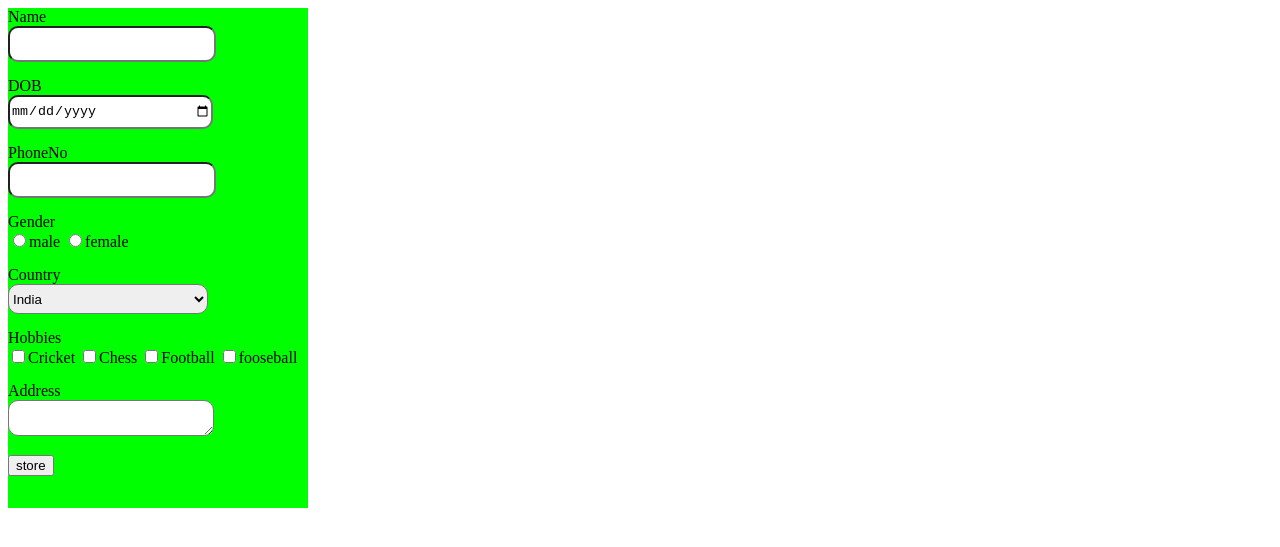
Repository: mnarendra333/batch21_WE
Page: RegApp/WebContent/index.html
The author's editor kept a copy of each file at every save. The page is drawn from the files as they stood at one save, then again after the next save.
The browser window is 1280 px wide. The pictures show the whole page.

Above is the page before, as saved 2019-02-10 07:22:06.

After the next save:
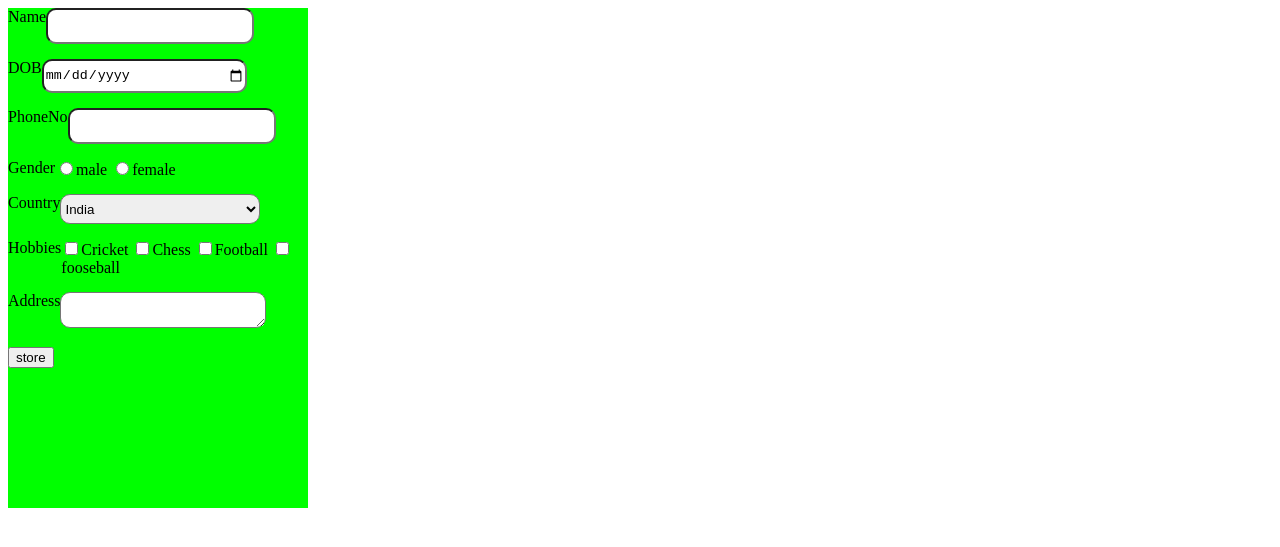
Saved 66 s later.
--- a/RegApp/WebContent/index.html
+++ b/RegApp/WebContent/index.html
@@ -14,6 +14,7 @@
 .rowDiv {
 	/* display: inline-flex; */
 	padding-bottom: 15px;
+	display: inline-flex;
 }
 
 .cInput{
